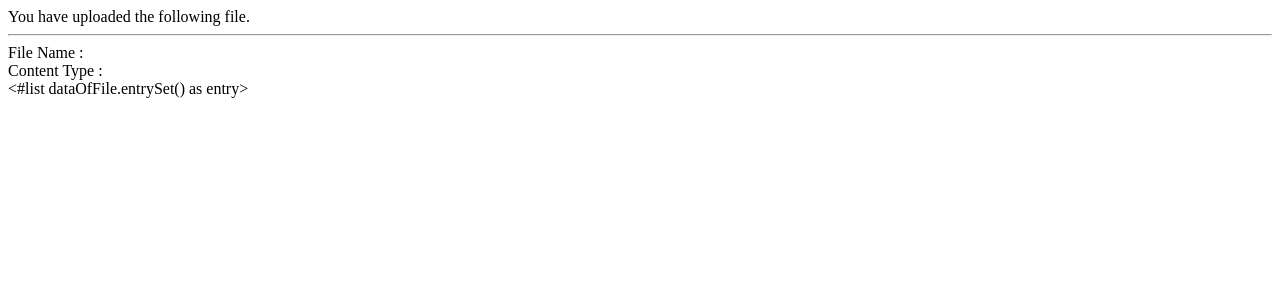
Repository: ngogiangthanh/wba-chuyende
Page: http://localhost/mylogin/success.jsp
These files come from the project's save history. The page is drawn as it stood at one moment and after the next save; the edit follows.
The browser window is 1280 px wide. The pictures show the whole page.
The page is served by Tomcat 9. Nobody is signed in. The application's start-up code is not run. Other server files are loaded and not shown. The template is opened directly, without the code that normally fills it, so the values that code supplies are empty.

Above is the page before, as saved 2015-11-18 06:46:06.

### mylogin/WebContent/success.jsp
<%@ page language="java" contentType="text/html; charset=ISO-8859-1"
    pageEncoding="ISO-8859-1"%>
<!DOCTYPE html PUBLIC "-//W3C//DTD HTML 4.01 Transitional//EN" "http://www.w3.org/TR/html4/loose.dtd">
<html>
<head>
<meta http-equiv="Content-Type" content="text/html; charset=ISO-8859-1">
<title>File Upload</title>
</head>
<body>
You have uploaded the following file.
<hr>
File Name : ${userImageFileName} <br>
Content Type : ${userImageContentType}
<br/>
							<#list dataOfFile.entrySet() as entry>
							${entry.key}

</#list>
</body>
</html>

After the next save:
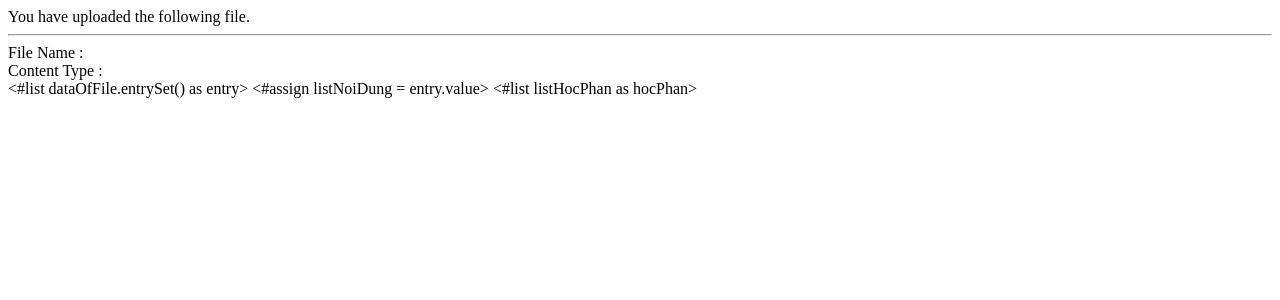
Saved 50 s later.
--- a/mylogin/WebContent/success.jsp
+++ b/mylogin/WebContent/success.jsp
@@ -15,6 +15,9 @@ Content Type : ${userImageContentType}
 							<#list dataOfFile.entrySet() as entry>
 							${entry.key}
 
-</#list>
+								<#assign listNoiDung = entry.value>
+								<#list listHocPhan as hocPhan>
+								</#list>
+								</#list>
 </body>
 </html>
